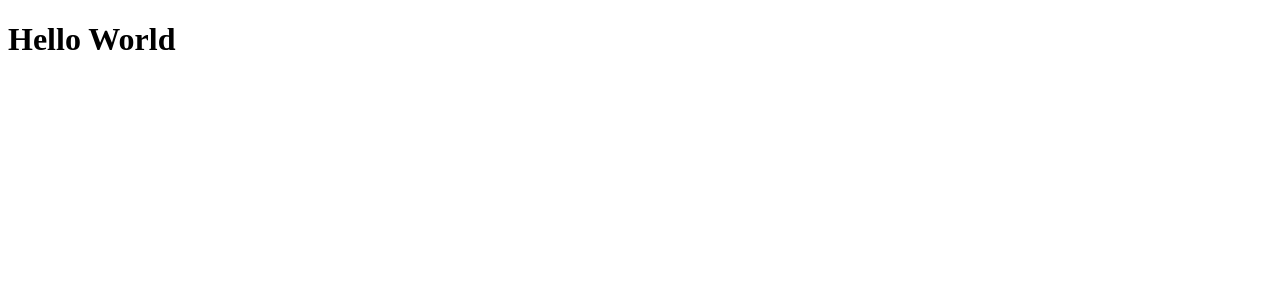
Repository: vaibhavkulkarnivk/CodeAca_JS
Page: JS Function/index.html
The author's editor kept a copy of each file at every save. The page is drawn from the files as they stood at one save, then again after the next save.
The browser window is 1280 px wide. The pictures show the whole page.

Above is the page before, as saved 2020-08-26 12:35:02.

After the next save:
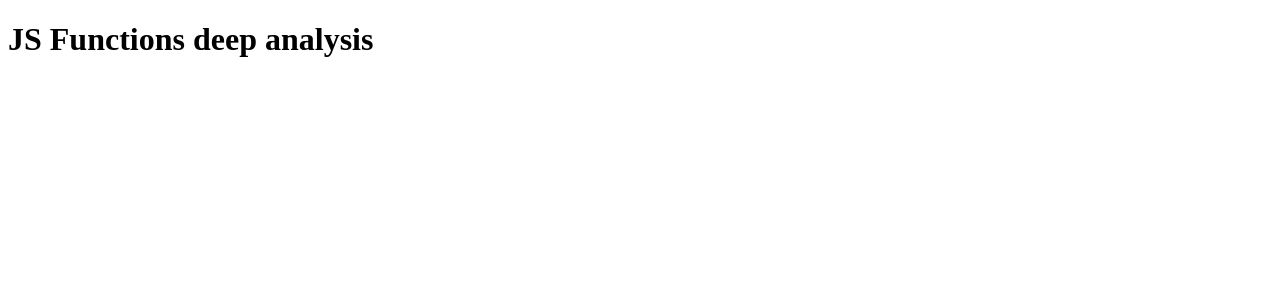
Saved 21 s later.
--- a/JS Function/index.html
+++ b/JS Function/index.html
@@ -6,7 +6,7 @@
     <title>Document</title>
 </head>
 <body>
-    <h1>Hello World</h1>
+    <h1>JS Functions deep analysis</h1>
     <script src="index.js">
     </script>
 </body>
